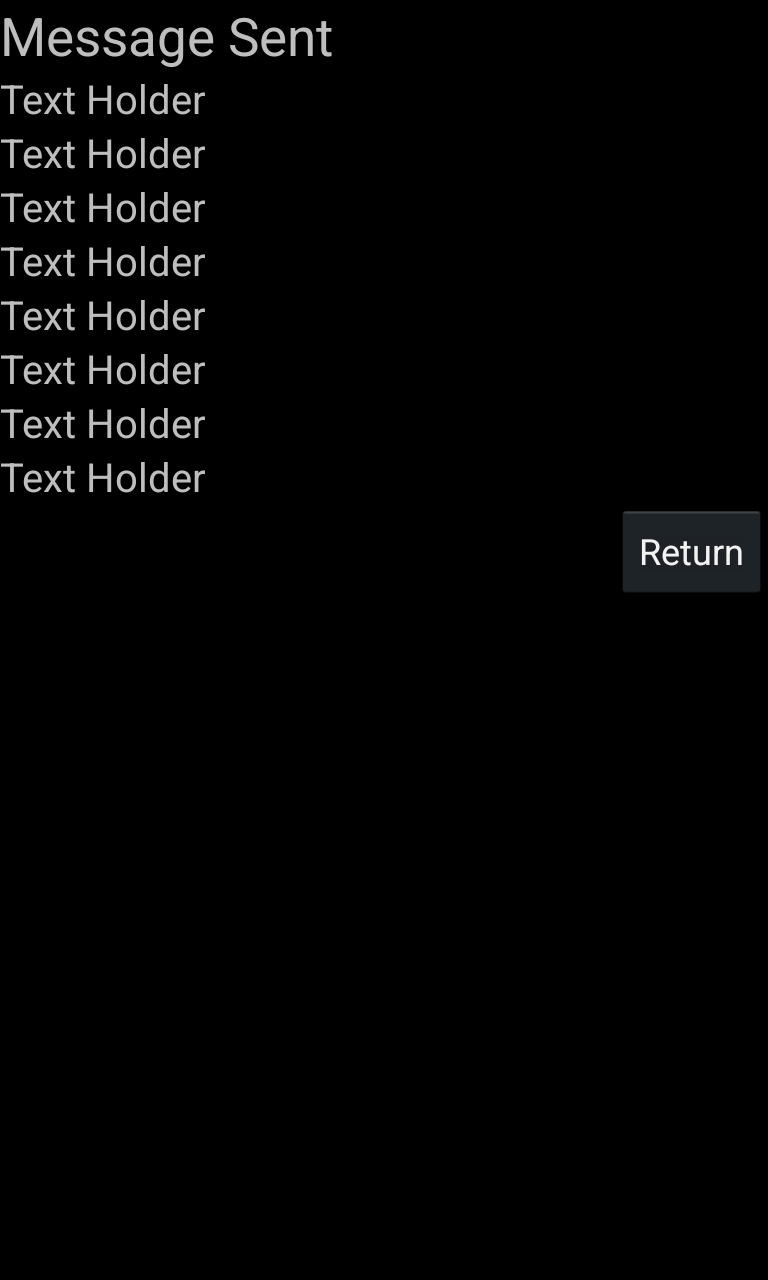
Repository: tomcynicholls/ThirdYearProject
Layout: JavaCode/App/res/layout/activity_display_message.xml
The author's editor kept a copy of each file at every save. The layout is drawn from the files as they stood at one save, then again after the next save.
It is drawn on a 768 x 1280 px phone screen (xhdpi) without system bars, with theme android:Theme.Holo; the app's code is not run.

Above is the layout before, as saved 2013-03-06 18:19:59.

### JavaCode/App/res/layout/activity_display_message.xml
<LinearLayout xmlns:android="http://schemas.android.com/apk/res/android"
    xmlns:tools="http://schemas.android.com/tools"
    android:layout_width="match_parent"
    android:layout_height="match_parent"
    tools:context=".DisplayMessageActivity"
    android:orientation="vertical" >

<LinearLayout
            android:id="@+id/innerlin"
            android:layout_width="match_parent"
            android:layout_height="wrap_content"
            android:orientation="vertical" >

    <TextView android:id="@+id/textview_sent"
        android:layout_width="wrap_content"
        android:layout_height="wrap_content"
        android:textSize="12pt"
        android:text="@string/sent_title"/>

     <TextView android:id="@+id/show_receiver"
        android:layout_width="wrap_content"
        android:layout_height="wrap_content"
        android:textSize="20sp"
        android:text="@string/holder"/>

    <TextView android:id="@+id/show_message"
        android:layout_width="wrap_content"
        android:layout_height="wrap_content"
        android:textSize="20sp"
        android:text="@string/holder"/>

     <TextView android:id="@+id/rsa_gen"
        android:layout_width="wrap_content"
        android:layout_height="wrap_content"
        android:textSize="20sp"
        android:text="@string/holder"/>

     <TextView android:id="@+id/rsa_en"
        android:layout_width="wrap_content"
        android:layout_height="wrap_content"
        android:textSize="20sp"
        android:text="@string/holder"/>

     <TextView android:id="@+id/rsa_de"
        android:layout_width="wrap_content"
        android:layout_height="wrap_content"
        android:textSize="20sp"
        android:text="@string/holder"/>

     <TextView android:id="@+id/aes_gen"
        android:layout_width="wrap_content"
        android:layout_height="wrap_content"
        android:textSize="20sp"
        android:text="@string/holder"/>

     <TextView android:id="@+id/aes_en"
        android:layout_width="wrap_content"
        android:layout_height="wrap_content"
        android:textSize="20sp"
        android:text="@string/holder"/>

     <TextView android:id="@+id/aes_de"
        android:layout_width="wrap_content"
        android:layout_height="wrap_content"
        android:textSize="20sp"
        android:text="@string/holder"/>

    </LinearLayout>

<RelativeLayout
            android:id="@+id/innerrel"
            android:layout_width="match_parent"
            android:layout_height="wrap_content"
            android:orientation="vertical" >
    <Button
        android:layout_width="wrap_content"
        android:layout_height="wrap_content"
        android:layout_alignParentRight="true"
        android:text="@string/button_return"
        android:onClick="returnButton" />
    </RelativeLayout>

</LinearLayout>

### JavaCode/App/res/values/strings.xml
<?xml version="1.0" encoding="utf-8"?>
<resources>

    <string name="app_name">TYP App</string>
    <string name="edit_message">Enter a message</string>
    <string name="edit_receiver">To</string>
    <string name="edit_infosend">Info</string>
    <string name="button_infosend">Send</string>
    <string name="button_send">Send</string>
    <string name="button_return">Return</string>
    <string name="button_receive">Receive</string>
    <string name="receive_title">Received Message:</string>
    <string name="send_title">Send Message:</string>
    <string name="menu_settings">Settings</string>
    <string name="title_activity_main">MainActivity</string>
    <string name="title_activity_display_message">Message</string>
    <string name="hello_world">Hello world!</string>
    <string name="holder">Text Holder</string>
    <string name="title_activity_view_xml_writer">View Xm lWriter</string>
    <string name="from">From</string>
    <string name="message">Message</string>
    <string name="fromtitle">From:</string>
    <string name="messagetitle">Message:</string>
    <string name="sent_title">Message Sent</string>

</resources>

After the next save:
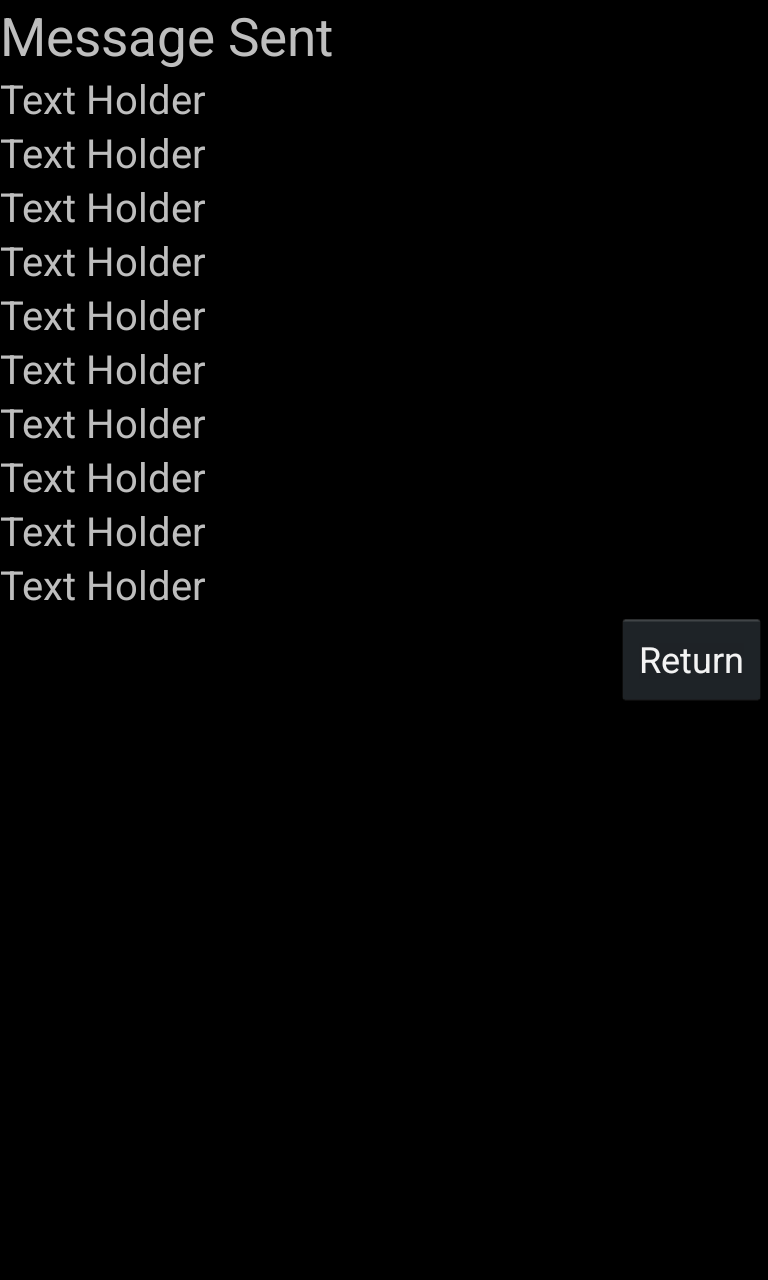
Saved 92 s later.
--- a/JavaCode/App/res/layout/activity_display_message.xml
+++ b/JavaCode/App/res/layout/activity_display_message.xml
@@ -29,6 +29,12 @@
         android:textSize="20sp"
         android:text="@string/holder"/>
 
+    <TextView android:id="@+id/rsa"
+        android:layout_width="wrap_content"
+        android:layout_height="wrap_content"
+        android:textSize="20sp"
+        android:text="@string/holder"/>
+
      <TextView android:id="@+id/rsa_gen"
         android:layout_width="wrap_content"
         android:layout_height="wrap_content"
@@ -42,6 +48,12 @@
         android:text="@string/holder"/>
 
      <TextView android:id="@+id/rsa_de"
+        android:layout_width="wrap_content"
+        android:layout_height="wrap_content"
+        android:textSize="20sp"
+        android:text="@string/holder"/>
+
+      <TextView android:id="@+id/aes"
         android:layout_width="wrap_content"
         android:layout_height="wrap_content"
         android:textSize="20sp"
